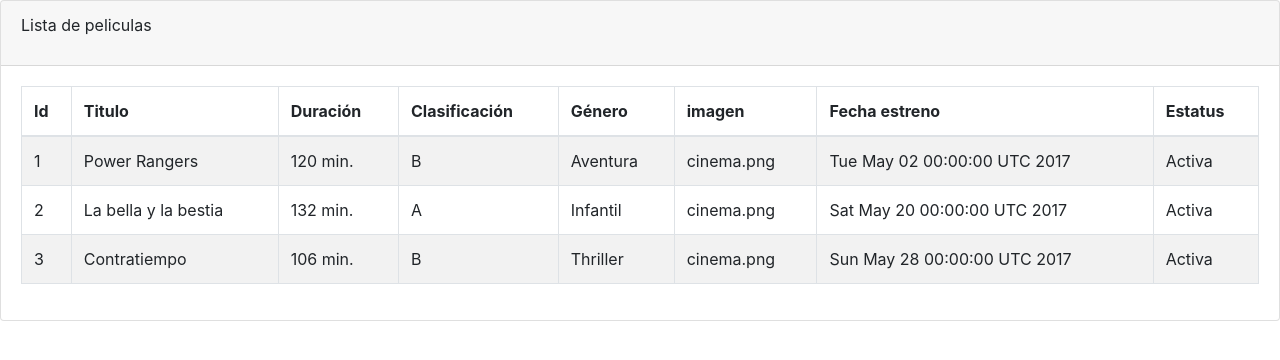
Repository: carlosgijon/Curso-Spring-e-Hibernate
Page: http://localhost/cineapp/
The author's editor kept a copy of each file at every save. The page is drawn from the files as they stood at one save, then again after the next save.
The browser window is 1280 px wide. The pictures show the whole page.
The page is served by Tomcat 9.

Above is the page before, as saved 2018-10-01 11:09:35.
Console error: TypeError: Cannot read properties of undefined (reading 'fn')

After the next save:
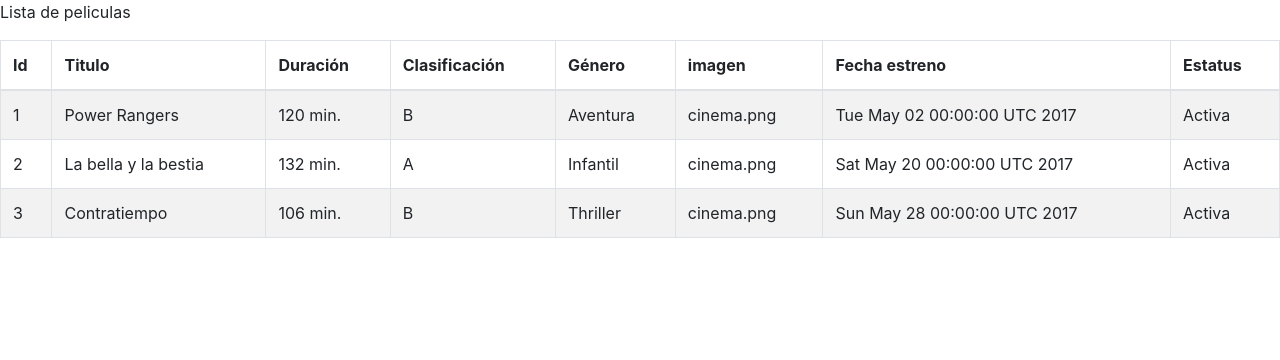
Saved 40 s later.
--- a/cineapp/webapp/WEB-INF/views/home.jsp
+++ b/cineapp/webapp/WEB-INF/views/home.jsp
@@ -24,11 +24,11 @@
 	</ol>
 	 --%>
 
-	<div class="card">
-		<div class="card-header">
+	<div class="panel panel-default">
+		<div class="panel-heading">
 			<p>Lista de peliculas</p>
 		</div>
-		<div class="card-body">
+		<div class="panel-body">
 			<table class="table table-striped table-bordered table-hover">
 				<thead>
 					<tr>

After the save that followed:
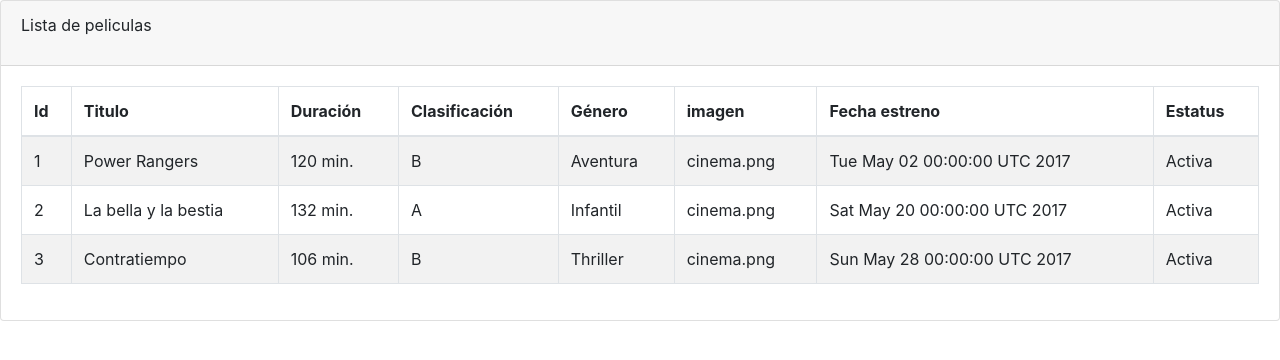
Saved 12 s later.
--- a/cineapp/webapp/WEB-INF/views/home.jsp
+++ b/cineapp/webapp/WEB-INF/views/home.jsp
@@ -24,11 +24,11 @@
 	</ol>
 	 --%>
 
-	<div class="panel panel-default">
-		<div class="panel-heading">
+	<div class="card">
+		<div class="card-header">
 			<p>Lista de peliculas</p>
 		</div>
-		<div class="panel-body">
+		<div class="card-body">
 			<table class="table table-striped table-bordered table-hover">
 				<thead>
 					<tr>
